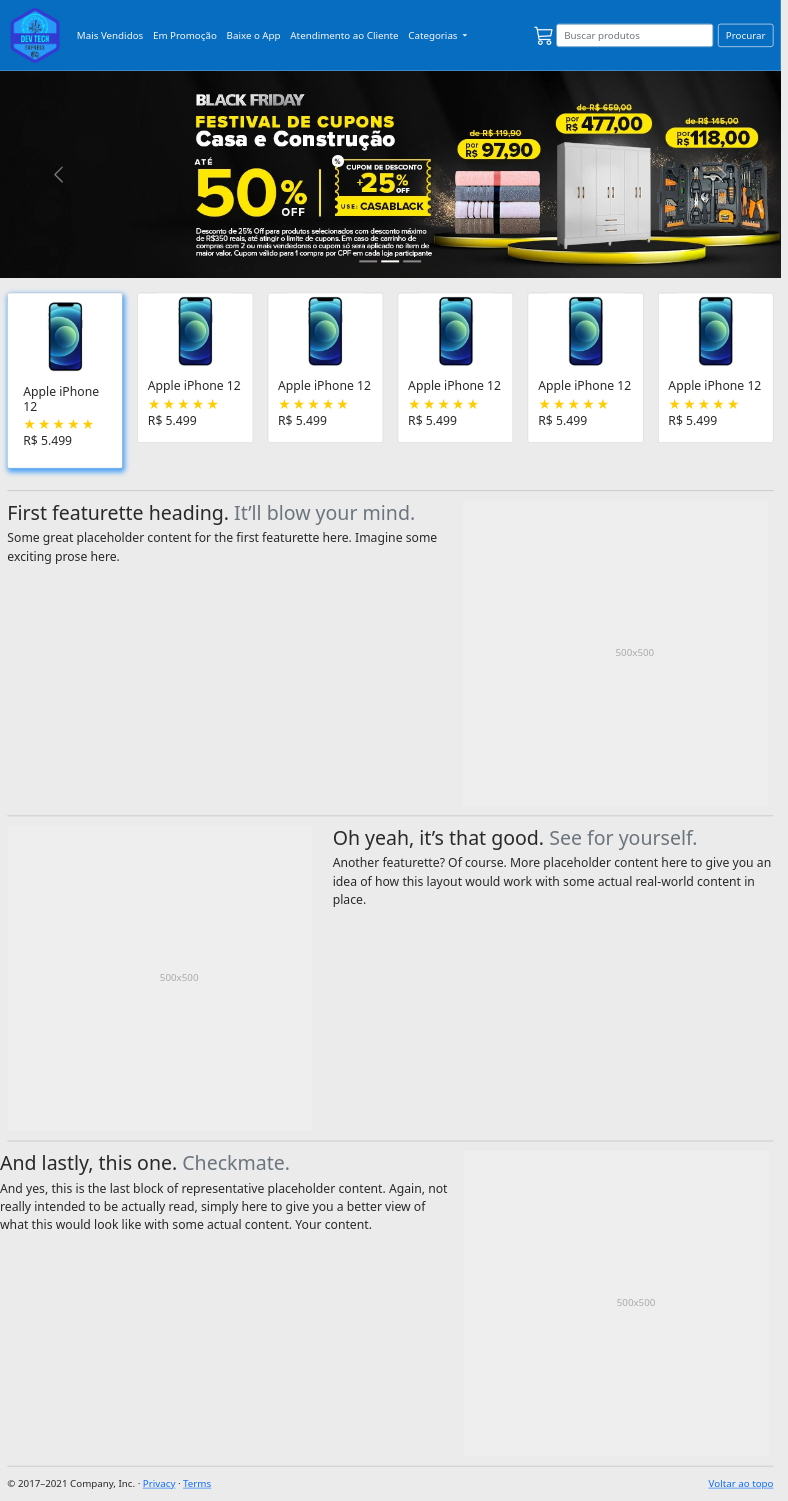
Repository: dantas-barreto/trabalho-interdisciplinar-IDW-IAP
Page: index.html
These files come from the project's save history. The page is drawn as it stood at one moment and after the next save; the edit follows.
The browser window is 1280 px wide. The page is 1292 px wide, so the pictures cover 1292 px, including what lies to the right of the window. The pictures show the whole page, at 61% of full size.
The pointer rests on the first visible `.card`.
Some web libraries are served in a nearby version.

Above is the page before, as saved 2021-12-08 22:17:39.

After the next save:
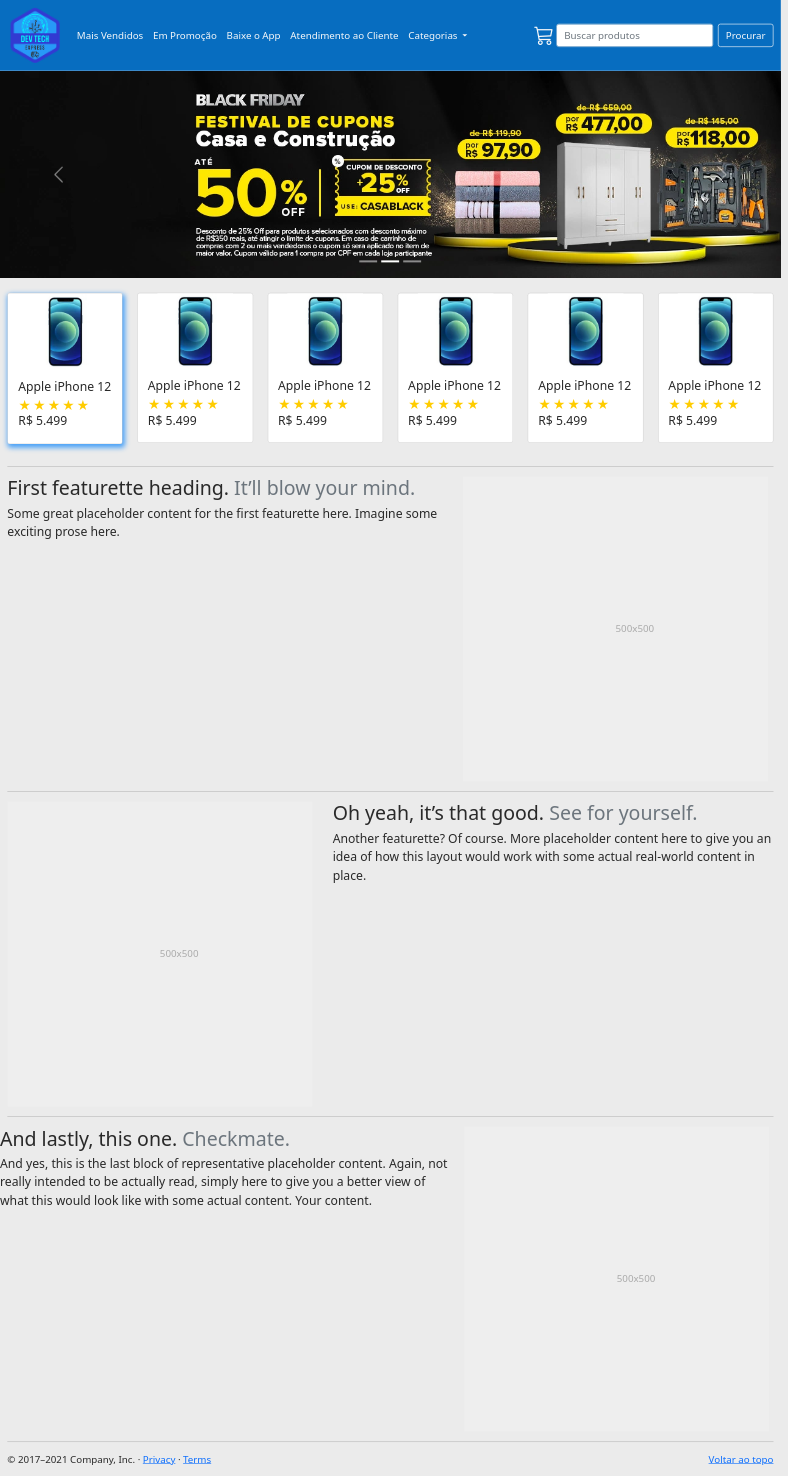
Saved 5 s later.
--- a/css/globalStyle.css
+++ b/css/globalStyle.css
@@ -77,7 +77,7 @@
 }
 
 .card:hover {
-  padding: 9px;
+  padding: 1px;
   box-shadow: 2px 4px 8px 2px var(--effect);
 }
 
